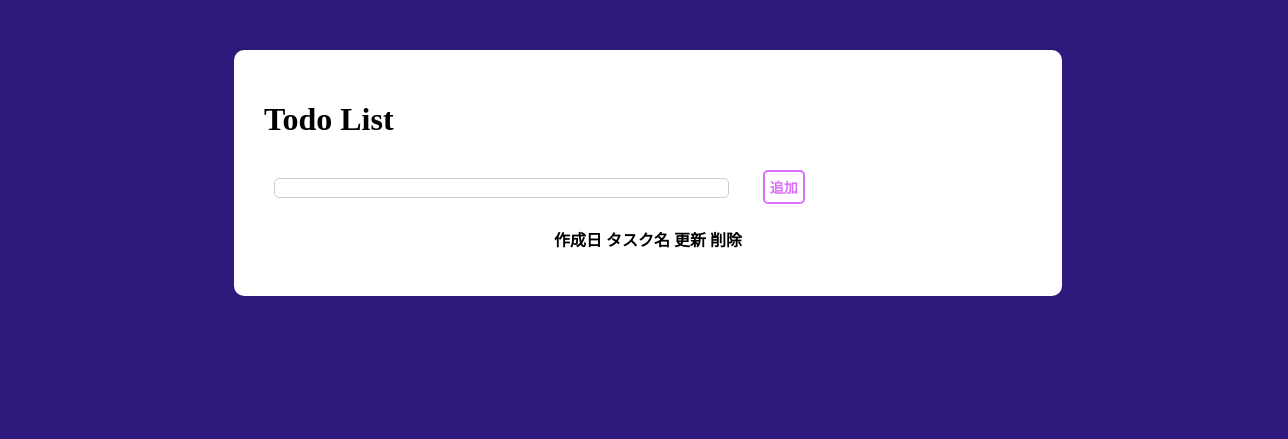
Repository: oninopantsu/20210529onoma
Page: http://localhost/todo/create
These files come from the project's save history. The page is drawn as it stood at one moment and after the next save; the edit follows.
The browser window is 1280 px wide. The page is 1288 px wide, so the pictures cover 1288 px, including what lies to the right of the window. The pictures show the whole page.
The page is served by the project's Laravel application, run on PHP 8.4 with Laravel 8. Queries for data that is not in the repository find no rows.

Above is the page before, as saved 2021-06-05 16:39:40.

After the next save:
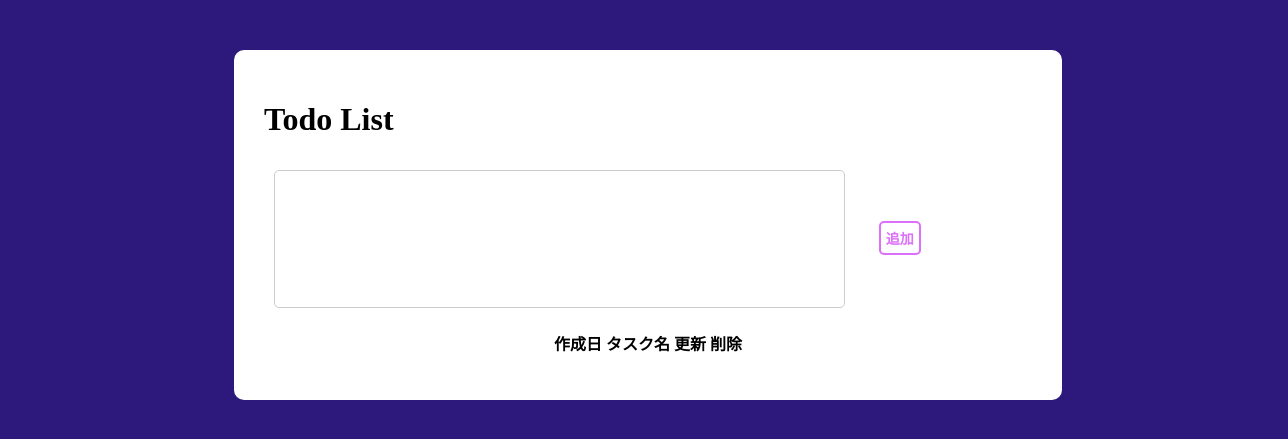
Saved 4 s later.
--- a/resources/views/index.blade.php
+++ b/resources/views/index.blade.php
@@ -39,7 +39,7 @@
 
     .list {
       width: 60%;
-      padding: px;
+      padding: 60px;
     }
 
     .submit {
